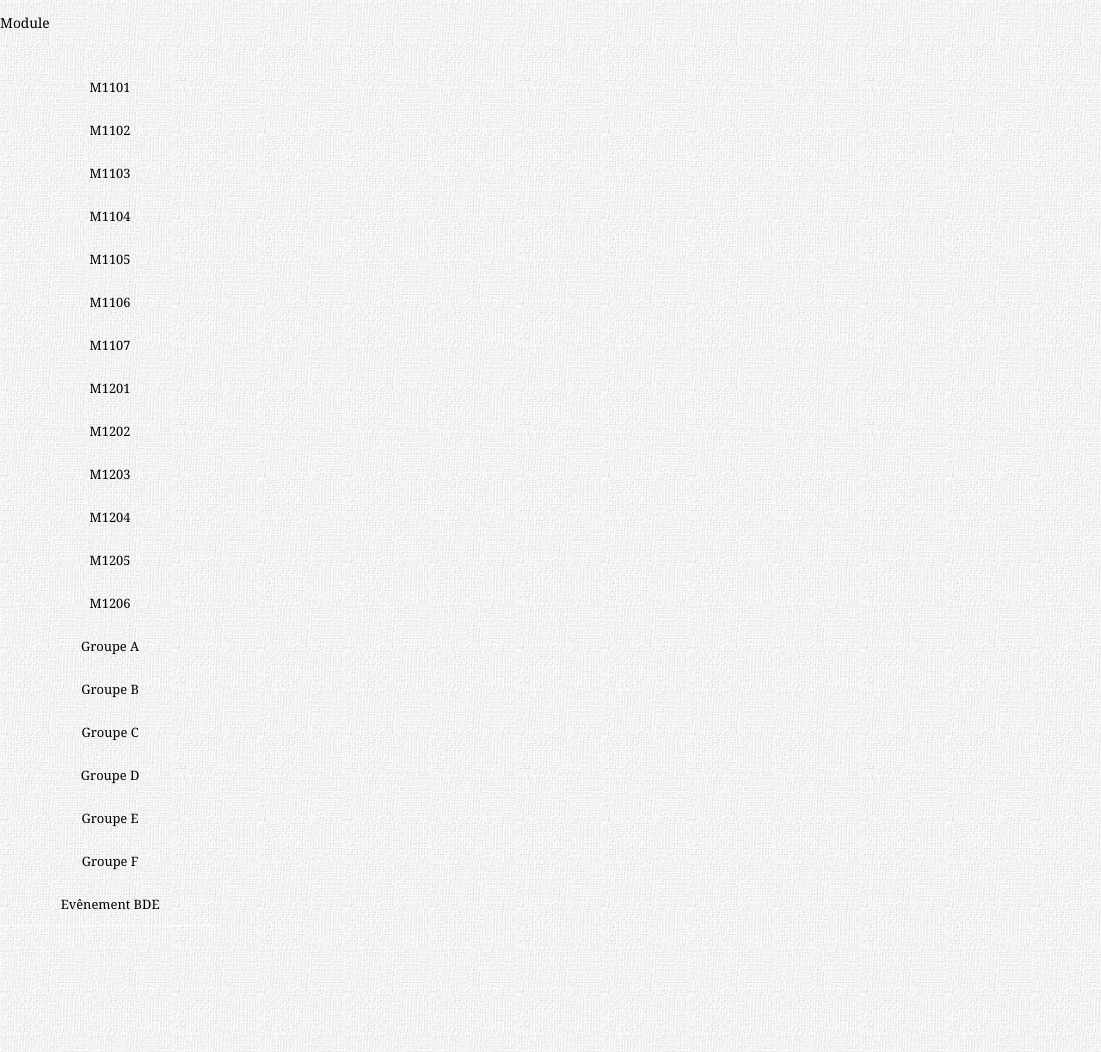
Repository: ValentinArg/PETUT
Page: http://localhost/PETUT/WEB-INF/jsp/eleve/semestre1.jsp
The author's editor kept a copy of each file at every save. The page is drawn from the files as they stood at one save, then again after the next save.
The browser window is 1280 px wide. The pictures show the whole page, at 86% of full size.
Some web libraries are served in a nearby version. The page is served by Tomcat 9. Nobody is signed in. Other server files are loaded and not shown. The template is opened directly, without the code that normally fills it, so the values that code supplies are empty.

Above is the page before, as saved 2016-10-02 10:45:18.

### PETUT/WebContent/WEB-INF/jsp/eleve/semestre1.jsp
<%@ page language="java" contentType="text/html; charset=ISO-8859-1"
    pageEncoding="ISO-8859-1"%>
<!DOCTYPE html PUBLIC "-//W3C//DTD HTML 4.01 Transitional//EN" "http://www.w3.org/TR/html4/loose.dtd">
<html>
<head>
<meta http-equiv="Content-Type" content="text/html; charset=ISO-8859-1">
<link rel ="stylesheet" href = "/PETUT/css/main.css"/>
<link rel ="stylesheet" href = "/PETUT/css/allSemestres.css"/>
<title>Insert title here</title>
</head>
<body>


	<jsp:include page="../enTete.jsp"/>
	<div class="navigation" id="navigation">
		<ul>
			<li class="parent" id="parent1"><p class="module">M1101</p></li>
			<li class="parent" id="parent2"><p class="module">M1102</p></li>
			<li class="parent" id="parent1"><p class="module">M1103</p></li>
			<li class="parent" id="parent2"><p class="module">M1104</p></li>
			<li class="parent" id="parent1"><p class="module">M1105</p></li>
			<li class="parent" id="parent2"><p class="module">M1106</p></li>
			<li class="parent" id="parent1"><p class="module">M1107</p></li>
			<li class="parent" id="parent2"><p class="module">M1201</p></li>
			<li class="parent" id="parent1"><p class="module">M1202</p></li>
			<li class="parent" id="parent2"><p class="module">M1203</p></li>
			<li class="parent" id="parent1"><p class="module">M1204</p></li>
			<li class="parent" id="parent2"><p class="module">M1205</p></li>
			<li class="parent" id="parent1"><p class="module">M1206</p></li>
			<li class="parent" id="parent1"><p class="module">Groupe A</p></li>
			<li class="parent" id="parent2"><p class="module">Groupe B</p></li>
			<li class="parent" id="parent1"><p class="module">Groupe C</p></li>
			<li class="parent" id="parent2"><p class="module">Groupe D</p></li>
			<li class="parent" id="parent1"><p class="module">Groupe E</p></li>
			<li class="parent" id="parent2"><p class="module">Groupe F</p></li>
			<li class="parent" id="parent1"><p class="module">Evênement BDE</p></li>

		</ul>

	</div>
	<div class="conteneurGeneral" id="conteneurGeneral">

	</div>
	<script type="text/javascript">

		var haut = false
		function slideUp(){
			if(!haut){
				//$('#navigation').slideUp(250);
				$('#navigation').animate({top:"-=100%"},500)
				haut = true;
			}else{
				$('#navigation').animate({top:"+=100%"},500)
				haut = false;
			}
		}

		function checkAnimate() {
            if( $( 'section' ).is( ':animated' ) ) {
                setTimeout(function() {
                    checkAnimate();
                }, 0 );
            } else {
                animate();
            }
        }




		$( '#boutonHautBas' ).click(function(){
			slideUp()});
	</script>
</body>
</html>

### PETUT/WebContent/WEB-INF/jsp/enTete.jsp
<%@ page language="java" contentType="text/html; charset=ISO-8859-1"
    pageEncoding="ISO-8859-1"%>
<!DOCTYPE html PUBLIC "-//W3C//DTD HTML 4.01 Transitional//EN" "http://www.w3.org/TR/html4/loose.dtd">
<html>
<head>
	<meta http-equiv="Content-Type" content="text/html; charset=ISO-8859-1">
	<title>Insert title here</title>
	<link rel ="stylesheet" href = "/PE2I/css/main.css"/>
	<script src="https://code.jquery.com/jquery-1.12.4.js"></script>
  	<script src="https://code.jquery.com/ui/1.12.1/jquery-ui.js"></script>

</head>
<body>
	<div class=enTete>
		<p class="boutonHautBas" id="boutonHautBas">Module</p>
		<ul class="nav" id="nav">
			<c:forEach var="forum" items="${listeForum}">
				<li class=" partie"><a class="forum" id="${forum.id}"><c:out value="${forum.nom}"/></a></li>
			</c:forEach>
			<!-- <li class="partie" id="banniere"><a>PETUT</a></li>-
			<li class=" partie"><a class="forum" id="1">Cours</a></li>
			<li class="partie"><a class="forum" id="2">Travaux Dirigées</a></li>
			<li class="partie"><a class="forum" id="3">Travaux Pratiques</a></li>
			<li class="partie"><a class="forum" id="4">Partiels</a></li>
			<li class="partie"><a>Mon Compte</a></li>-->
		</ul>
	</div>

</body>
</html>

### PETUT/WebContent/css/main.css
@CHARSET "ISO-8859-1";

@CHARSET "UTF-8";
/* Général ------------------------------------------------------------------------------------- */

html {
  height: 100%;
  box-sizing: border-box;
}

*,
*:before,
*:after {
  box-sizing: inherit;
}

body {
	background-image : url(../images/fond.jpg);
	position: relative;
 	margin: 0;
  padding-bottom: 6rem;
  min-height: 100%;
}

body,p,legend, label, input {
    font: normal 8pt;
    font-family:  Georgia, serif;
}

header img {
	width:470px;
	display:inline;
}
header .logoiut{
	height:135px;
	width:215px;
}
header{

	height:135px;
	margin-left:auto;
	margin-right:auto;
	background-image : url(../images/fondbanniere.jpg);
	width:85%;
	min-width:880px;
}
nav {
	width:85%;
	min-width:880px;
	margin-left:auto;
	margin-right:auto;
	text-align:left;

}
.general{
	width:85%;
	min-width:880px;
	margin-left:auto;
	margin-right:auto;
	background-image:url(../images/fondgeneral.jpg);
	padding-top:30px;
	padding-bottom:10px;
	min-height:69vh;
	margin-bottom:-24px;
}
footer {
	width:85%;
	min-width:880px;
	margin-left:auto;
	margin-right:auto;
	font-size:80%;
	position: absolute;
  	right: 0;
  	bottom: 0;
  	left: 0;
  	padding: 1rem;
  	margin-top:0;
	background-image:url(../images/fondgeneral.jpg);
}

### PETUT/WebContent/css/allSemestres.css
.parent{

	list-style:none;
	font-size:15px;
	cursor:pointer;
	width:100%;
	display:inline-block;

}

.navigation ul{
	width:100%;
	display:inline-block;

}




ul{
	margin:0;
	padding:0;
}

.ue {

	border-top:solid 1px white;
	display:block;
	padding:10px;
	text-align:center;
	background-color:#4CAF50;
	margin:0;
}

.ue:hover{
	color:white;
}

.module p{

	border:none;
	border-bottom:solid 1px white;
	display: block;
	padding:10px;
	text-align:center;
	background-color:#333;
	margin:0;


}

.module p:hover{
	color:white;
	cursor:pointer;
}

.semestres{
	background-color:#4CAF50;

}

a{
	cursor:pointer;
}





body{

	margin:0;
	padding:0;
}



.navigation{

	display:inline-block;
	list-style : none;
	margin:0;
	padding:0;
	position: relative;
	z-index:5;
	width:20%;
	border-bottom:solid 1px white;
	text-align:center;
	height:95.5%;
	max-height:95.3%;
	overflow: auto;


}

.conteneurGeneral{
	text-align:justify;
	display:inline-block;
	height:100%;
	position:relative;
	width: 80%;
	margin:0;
	margin-left:20%;
	padding:0;
	margin-top:50px;
	vertical-align:top;

}

.selection{
	display:block;
	vertical-align:top;
	list-style : none;
	margin:0;
	background: Grey;
	z-index:5;
	height:4.7%;
	border-bottom:solid 1px white;
	text-align: center;

}



.type {
	display: inline-block;
	padding:8px;
	font-size:20px;
	height:20px;
	vertical-align:top;
	width:20%;

}

.type p {
	margin:0;
	padding:0;
	color:white;
	cursor:pointer;
}

.type:hover{
	background:#333;

}

.tableauTopic{
	text-align: center;
	position:relative;
	display:block;

}

After the next save:
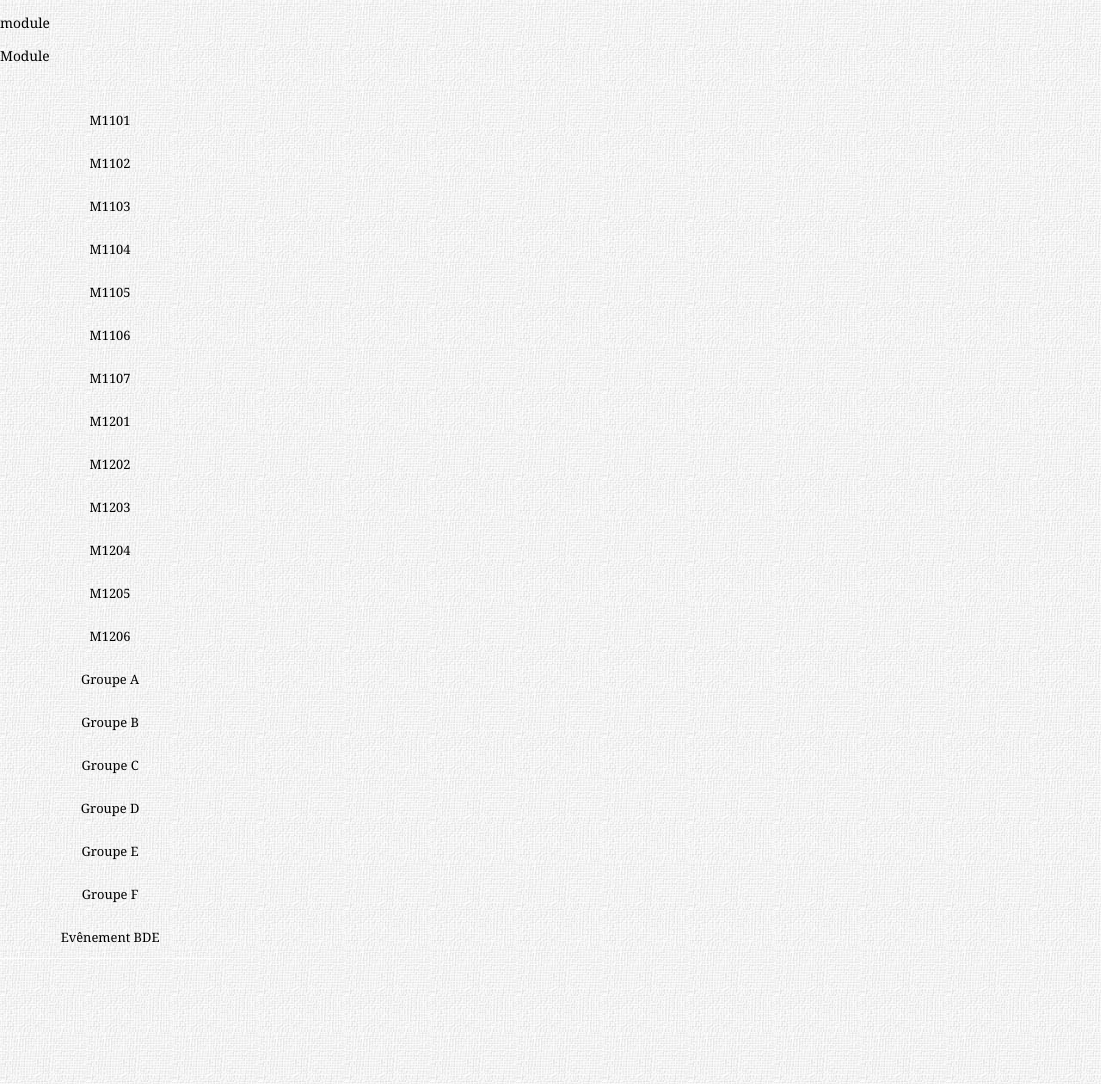
Saved 105 s later.
--- a/PETUT/WebContent/WEB-INF/jsp/eleve/semestre1.jsp
+++ b/PETUT/WebContent/WEB-INF/jsp/eleve/semestre1.jsp
@@ -10,7 +10,7 @@
 </head>
 <body>
 
-
+	<p class="boutonHautBas" id="boutonHautBas">module</p>
 	<jsp:include page="../enTete.jsp"/>
 	<div class="navigation" id="navigation">
 		<ul>
@@ -46,27 +46,41 @@
 		var haut = false
 		function slideUp(){
 			if(!haut){
-				//$('#navigation').slideUp(250);
-				$('#navigation').animate({top:"-=100%"},500)
+				$('#navigation').slideUp(500);
+				//document.getElementById('conteneurGeneral').style.marginLeft="0px"
+				if($('#navigation').is(':animated')){
+					checkAnimate();
+				}
 				haut = true;
 			}else{
-				$('#navigation').animate({top:"+=100%"},500)
+				$('#conteneurGeneral').animate({ "left": "+=20%","width": "-=20%" }, 200 );
+				if($('#conteneurGeneral').is(':animated')){
+					checkAnimate();
+				}
 				haut = false;
 			}
 		}
 
+		function sleep(milliSeconds){
+	        var startTime = new Date().getTime();
+	        while (new Date().getTime() < startTime + milliSeconds);
+		}
+
 		function checkAnimate() {
-            if( $( 'section' ).is( ':animated' ) ) {
+            if( $( '#navigation' ).is( ':animated' ) ||  $( '#conteneurGeneral' ).is( ':animated' )) {
                 setTimeout(function() {
                     checkAnimate();
                 }, 0 );
-            } else {
-                animate();
+            }else{
+            	if(haut){
+            		$('#conteneurGeneral').animate({ "left": "-=20%","width": "+=20%" }, 200 );
+            	}
+            	else{
+            		$('#navigation').slideDown(500);
+
+            	}
             }
         }
-
-
-
 
 		$( '#boutonHautBas' ).click(function(){
 			slideUp()});

After the save that followed:
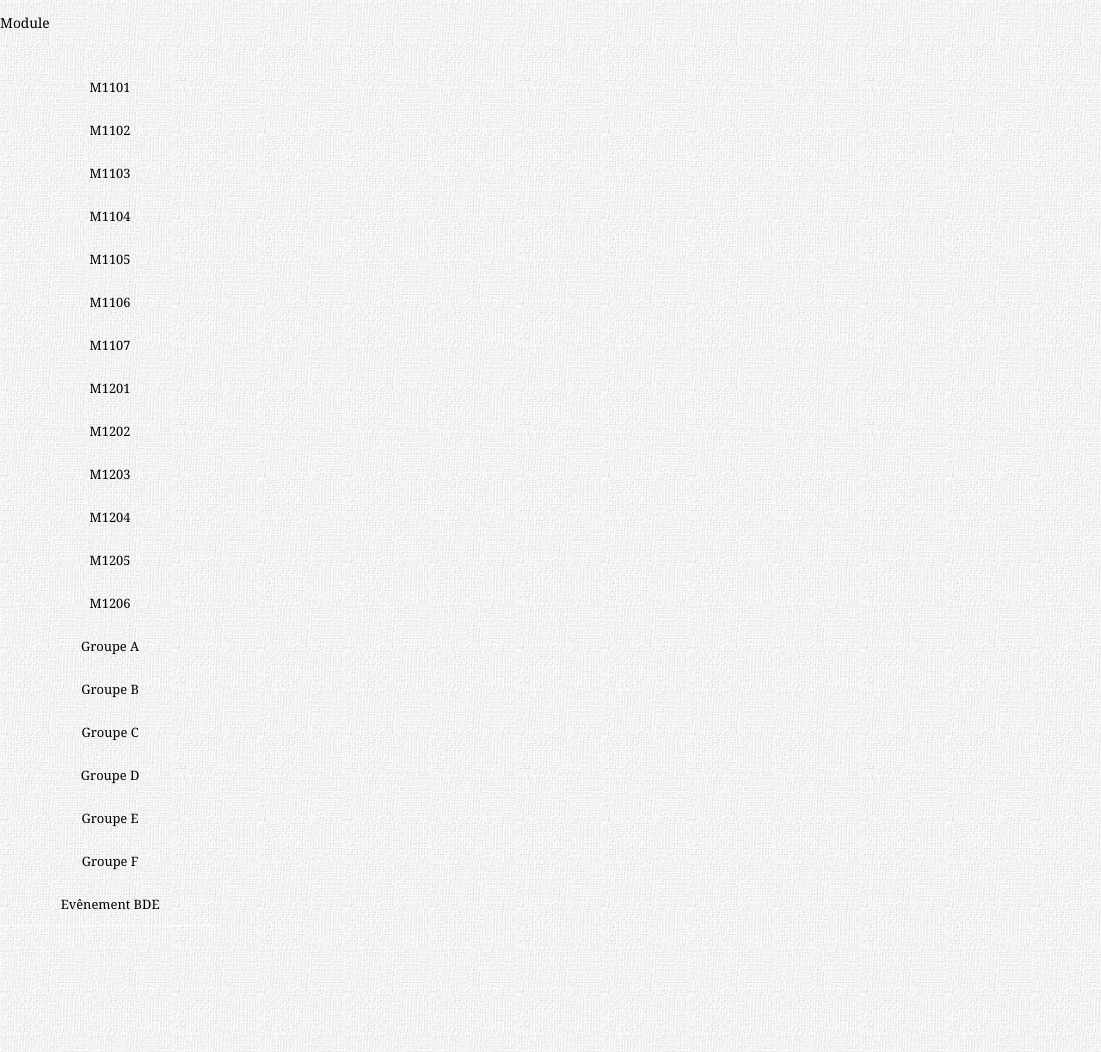
Saved 6 s later.
--- a/PETUT/WebContent/WEB-INF/jsp/eleve/semestre1.jsp
+++ b/PETUT/WebContent/WEB-INF/jsp/eleve/semestre1.jsp
@@ -10,7 +10,6 @@
 </head>
 <body>
 
-	<p class="boutonHautBas" id="boutonHautBas">module</p>
 	<jsp:include page="../enTete.jsp"/>
 	<div class="navigation" id="navigation">
 		<ul>
